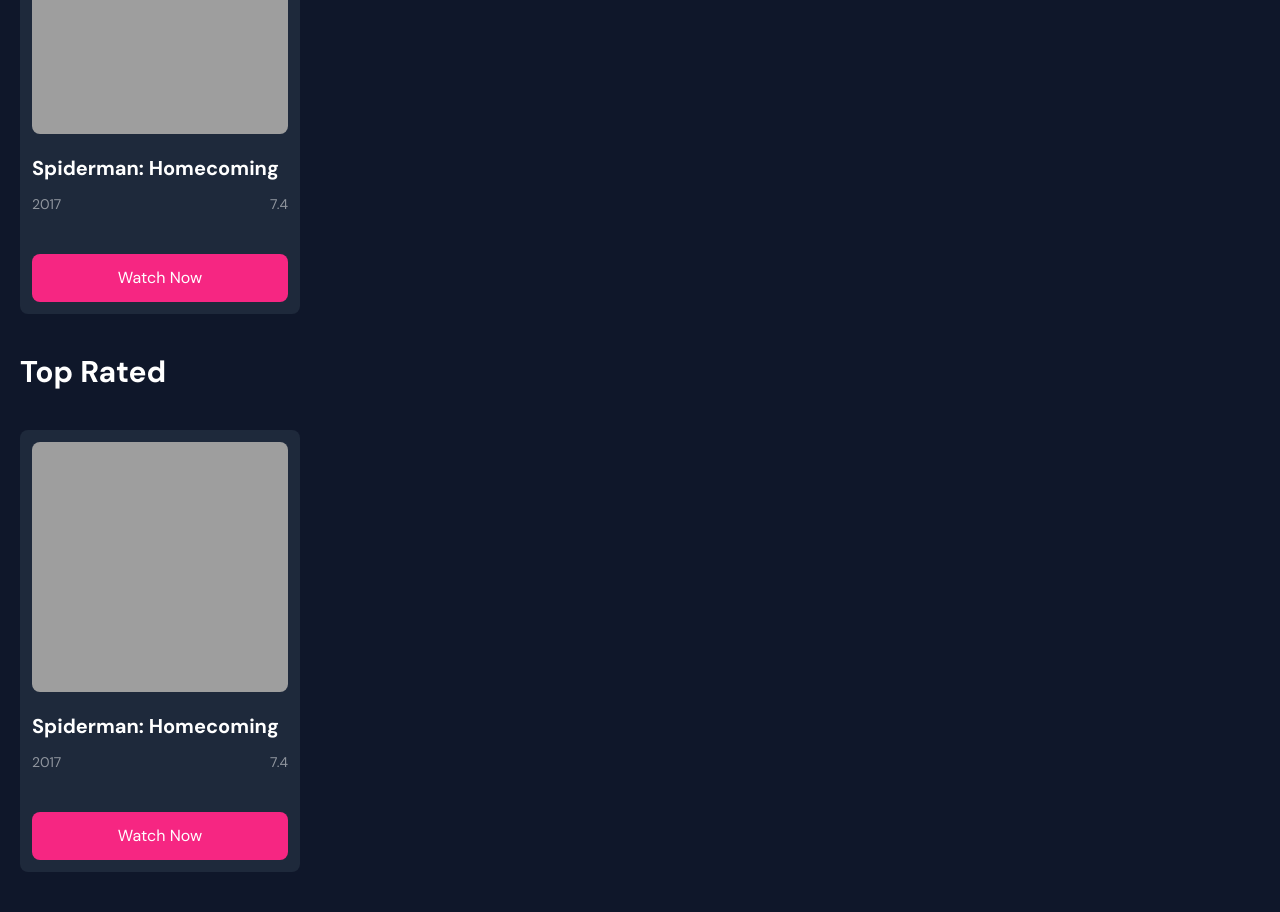
Repository: phamthiendong/project
Page: /
These files come from the project's save history. The page is drawn as it stood at one moment and after a run of saves; the edit follows.
The browser window is 1280 px wide. The pictures show the part of the page from y = 908 to 1860 px (the page is 1820 px tall before and 1860 px after).
Pictures or frames that could not be fetched are drawn as grey boxes. The project was rebuilt for these pictures with package versions that can differ from the ones it lists, and the page was loaded fresh each time. Also part of the build but not shown: vite.config.js.

Above is the page before, as saved 2025-03-20 16:44:31.

### index.html
<!DOCTYPE html>
<html lang="en">
  <head>
    <meta charset="UTF-8" />
    <link rel="icon" type="image/svg+xml" href="/vite.svg" />
    <meta name="viewport" content="width=device-width, initial-scale=1.0" />
    <title>Vite + React</title>
    <link rel="preconnect" href="https://fonts.googleapis.com" />
    <link rel="preconnect" href="https://fonts.gstatic.com" crossorigin />
    <link
      href="https://fonts.googleapis.com/css2?family=DM+Sans:ital,opsz,wght@0,9..40,100..1000;1,9..40,100..1000&family=Poppins:ital,wght@0,100;0,200;0,300;0,400;0,500;0,600;0,700;0,800;0,900;1,100;1,200;1,300;1,400;1,500;1,600;1,700;1,800;1,900&display=swap"
      rel="stylesheet"
    />
  </head>
  <body>
    <div id="root"></div>
    <script type="module" src="/src/main.jsx"></script>
  </body>
</html>

### src/index.css
@tailwind base;
@tailwind components;
@tailwind utilities;

@layer base {
  body {
    @apply bg-slate-900 font-body px-5;
  }
}
@layer components {
  .page-container {
    max-width: 1240px;
    @apply mx-auto;
  }
}

### src/App.jsx
import React, { Fragment } from "react";
import { NavLink } from "react-router-dom";
const App = () => {
  return (
    <Fragment>
      <header className="header flex items-center justify-center gap-x-5 text-white py-10 mb-5">
        <span className="text-primaty">Home</span>
        <span>Movies</span>
      </header>
      <section className="banner h-[500px] page-container mb-20">
        <div className="w-full h-full rounded-lg relative">
          <div className="overlay absolute inset-0 bg-gradient-to-t from-[rgba(0,0,0,0.5)] to-[rgba(0,0,0,0.5)] rounded-lg"></div>

          <img
            src="https://lumiere-a.akamaihd.net/v1/images/au_marvel_avengersendgame_hero_m_f8ba68d1.jpeg?region=0,133,750,422"
            alt=""
            className="w-full h-full object-cover rounded-lg"
          />
          <div className="absolute left-5 bottom-5 w-full text-white">
            <h2 className="font-bold text-3xl mb-5 ">Avengers: Endgame</h2>
            <div className="flex items-center gap-x-3 mb-8">
              <span className="py-2 px-4 border border-white rounded-md">
                Adventure
              </span>
              <span className="py-2 px-4 border border-white rounded-md">
                Adventure
              </span>
              <span className="py-2 px-4 border border-white rounded-md">
                Adventure
              </span>
            </div>
            <button className="py-3 px-6 rounded-lg bg-primaty text-white font-medium">
              Watch Now
            </button>
          </div>
        </div>
      </section>
      <section className="movies-layout page-container pb-10">
        <h2 className="capitalize text-white mb-10 text-3xl font-bold">
          Now playing
        </h2>
        <div className="movie-list grid grid-cols-4 gap-10">
          <div className="movie-card rounded-lg p-3 bg-slate-800 text-white">
            <img
              src="https://m.media-amazon.com/images/M/MV5BMjMxNjY2MDU1OV5BMl5BanBnXkFtZTgwNzY1MTUwNTM@._V1_.jpg"
              alt=""
              className="w-full h-[250px] object-cover rounded-lg mb-5"
            />
            <h3 className=" text-xl font-bold mb-3">Spiderman: Homecoming</h3>
            <div className="flex items-center justify-between text-sm opacity-50 mb-10">
              <span>2017</span>
              <span>7.4</span>
            </div>
            <button
              className="py-3 px-6 rounded-lg capitalize bg-primaty w-full
            "
            >
              Watch Now
            </button>
          </div>
        </div>
      </section>

      <section className="movies-layout page-container pb-10">
        <h2 className="capitalize text-white mb-10 text-3xl font-bold">
          Top rated
        </h2>
        <div className="movie-list grid grid-cols-4 gap-10">
          <div className="movie-card rounded-lg p-3 bg-slate-800 text-white">
            <img
              src="https://m.media-amazon.com/images/M/MV5BMjMxNjY2MDU1OV5BMl5BanBnXkFtZTgwNzY1MTUwNTM@._V1_.jpg"
              alt=""
              className="w-full h-[250px] object-cover rounded-lg mb-5"
            />
            <h3 className=" text-xl font-bold mb-3">Spiderman: Homecoming</h3>
            <div className="flex items-center justify-between text-sm opacity-50 mb-10">
              <span>2017</span>
              <span>7.4</span>
            </div>
            <button
              className="py-3 px-6 rounded-lg capitalize bg-primaty w-full
            "
            >
              Watch Now
            </button>
          </div>
        </div>
      </section>
    </Fragment>
  );
};

export default App;

### tailwind.config.js
/** @type {import('tailwindcss').Config} */
export default {
  content: ["./index.html", "./src/**/*.{js,ts,jsx,tsx}"],
  theme: {
    extend: {
      fontFamily: {
        body: ["DM Sans", "sans-serif"],
      },
      colors: {
        primaty: "#F62682",
      },
    },
  },
  plugins: [],
};

Loaded but not shown: src/main.jsx (common file)

After the next 2 saves:
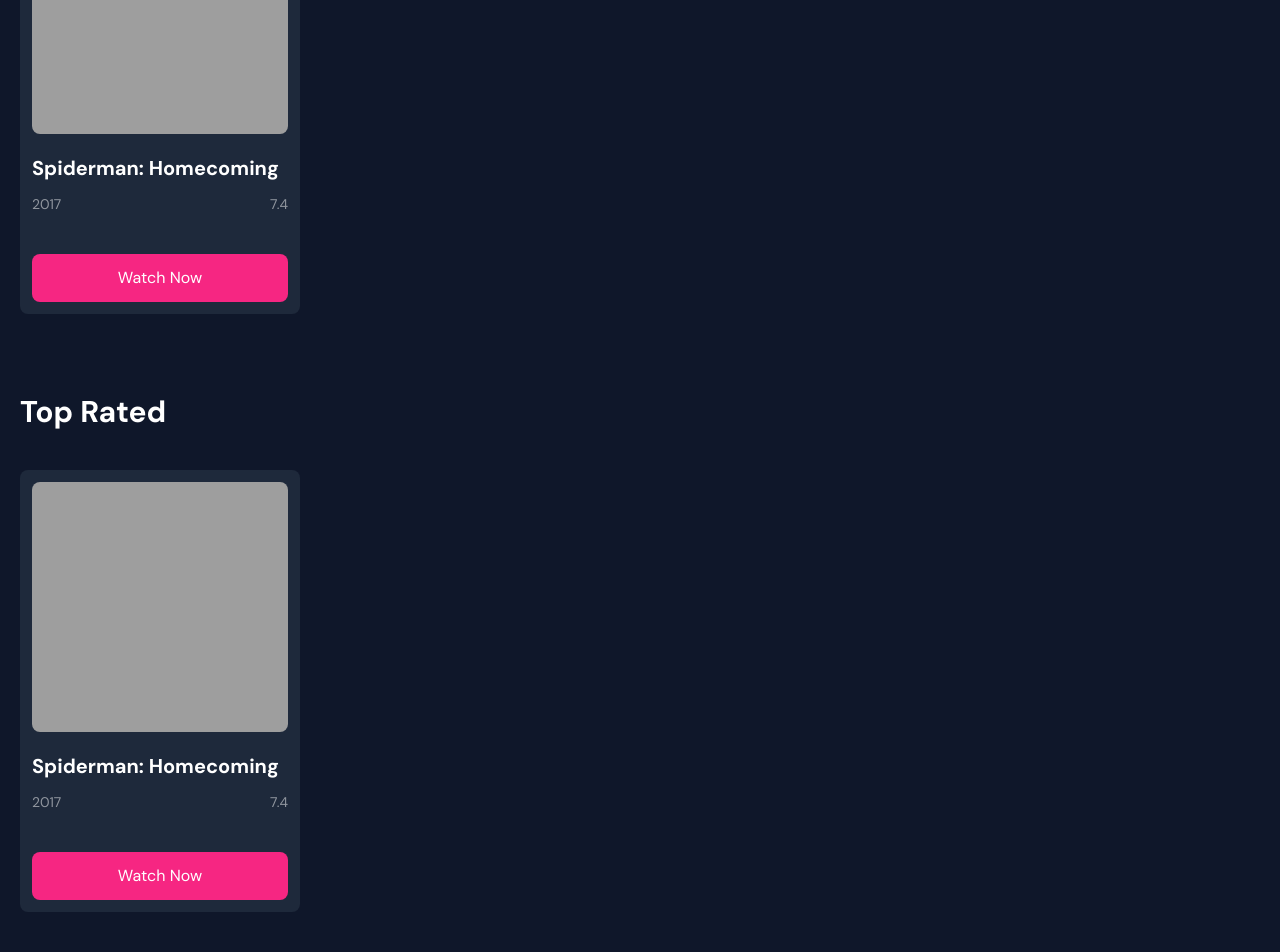
The 2 saves are shown as one change because they came seconds apart.
The last was saved 20 s later.
--- a/src/App.jsx
+++ b/src/App.jsx
@@ -35,7 +35,7 @@
           </div>
         </div>
       </section>
-      <section className="movies-layout page-container pb-10">
+      <section className="movies-layout page-container pb-20">
         <h2 className="capitalize text-white mb-10 text-3xl font-bold">
           Now playing
         </h2>
